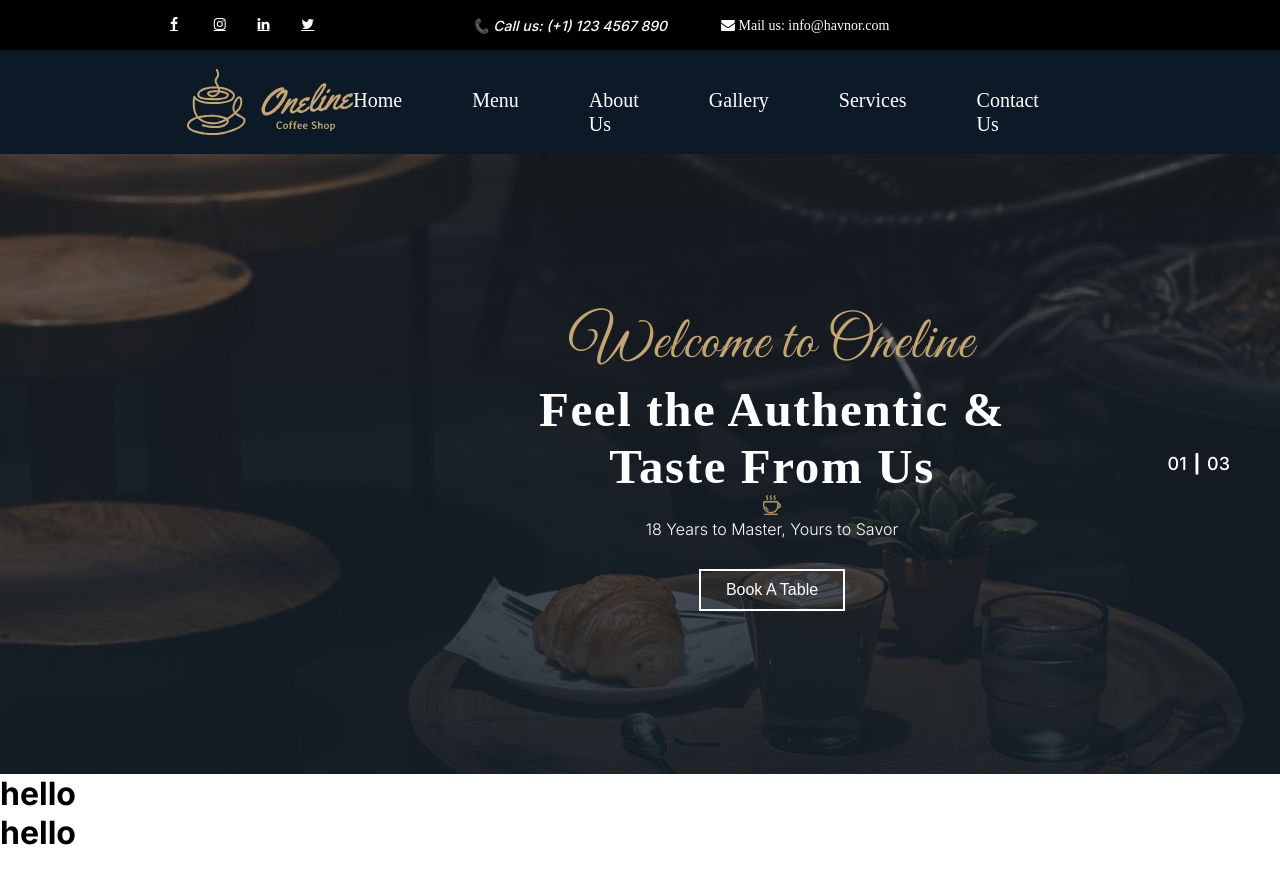
Repository: abhayzulasana/Online-Coffee-Shop
Page: index.html
The author's editor kept a copy of each file at every save. The page is drawn from the files as they stood at one save, then again after a run of saves.
The browser window is 1280 px wide. The pictures show the whole page.

Above is the page before, as saved 2025-05-14 10:44:01.

### index.html
<!DOCTYPE html>
<html lang="en">
<head>
  <meta charset="UTF-8" />
  <meta name="viewport" content="width=device-width, initial-scale=1.0" />
  <title>Oneline Coffee Shop</title>
  <link rel="stylesheet" href="style.css" />
  <link rel="stylesheet" href="https://cdnjs.cloudflare.com/ajax/libs/font-awesome/4.7.0/css/font-awesome.min.css">

  <link rel="preconnect" href="https://fonts.googleapis.com" />
  <link rel="preconnect" href="https://fonts.gstatic.com" crossorigin />
  <link href="https://fonts.googleapis.com/css2?family=Great+Vibes&family=Inter:wght@300;500;700&display=swap" rel="stylesheet">
</head>
<body>
  <header class="top-bar">
    <div class="social-icons">
      <a href="#" class="fa fa-facebook"></a>
      <a href="#" class="fa fa-instagram"></a>
      <a href="#" class="fa fa-linkedin"></a>
      <a href="#" class="fa fa-twitter"></a>

    </div>
    <div class="contact-info">
      <i class="call"> 📞   Call us: (+1) 123 4567 890</i>
      <i class="fa fa-envelope">    Mail us: info@havnor.com</i>

    </div>
  </header>

  <nav class="navbar">
    <div class="logo">
      <img src="img/cafelogo.svg">
      <!-- <span>☕</span>
      <span class="logo-text">Oneline <small>Coffee Shop</small></span> -->
    </div>
    <ul class="nav-links">
      <li>Home</li>
      <li>Menu</li>
      <li>About Us</li>
      <li>Gallery</li>
      <li>Services</li>
      <li>Contact Us</li>
    </ul>
  </nav>

  <section class="hero">
    <div class="hero-content">
  <center>
      <h2>Welcome to Oneline</h2>
      <h1>Feel the Authentic & Taste From Us</h1>
      <img src="img/cafe.svg">

      <!-- <div class="divider">☕</div> -->
      <p>18 Years to Master, Yours to Savor</p>
      <button>Book A Table</button>
    </div>
  </center>
    <div class="scroll-number">
      <span>01</span>
      <span>┃</span>
      <span>03</span>
    </div>
  </section >
    <div class="over-story">
      <section >

      </section>
      <h1>hello</h1>
      <h1>hello</h1>
    </div>
</body>
</html>

### style.css
/* Reset & Base */
* {
    margin: 0;
    padding: 0px;
    box-sizing: border-box;
  }

  body {
    font-family: 'Inter', sans-serif;
    color: white;
    /* margin-left:90px; */
    height: 100vh;
  }
  html {
    scroll-behavior: smooth;
    /*Adds smooth scrolling instead of snapping to element*/
  }

  /* Top Bar */
  .top-bar {
    top: 0px;
    width: 100%;
    height: 50px;
    background-color: #000;
    color: white;
    display: flex;
    justify-content: space-between;
    padding: 10px 30px;
    font-size: 14px;

  }

  .social-icons a {
    margin-top:7px;
    width:40px;
    height: 17px;

    /* margin-right: 10px; */
    color: white;
    /* margin-left: 0px; */
    /* gap: 10px; */
  }
  .fa-facebook{
    margin-left: 140px;
  }
  .contact-info{
      display: flex;
      gap: 40px;
      margin-right: 320px;
      font-family: 'Inter', sans-serif;

      align-items: center;

  }
  .call{
      /* gap: 70px; */
      font-family: 'Inter', sans-serif;

      /* font: normal normal medium 16px/19px Montserrat; */
      width: 209px;
  }
  .fa-envelope{
    width: 209px;
    font-family: 'Inter', sans-serif;

  }

  /* Navbar */
  .navbar {
    top: 47px;
    margin-left: 0px;
    width: 100%;
    height: 104px;
    background-color: #0c1a28;
    display: flex;
    justify-content: space-between;
    text-align: left;
    /* align-items: center; */
    padding: 15px 50px;
  }

  .logo {
    display: flex;
    align-items: center;
    font-size: 70px;
    /* color: #C5A572; */
  }
.logo img{
  margin-left: 137px;
}
  /* .logo span{
    margin-left: 50px;
    color: #C5A572;
  } */
  .logo-text {
    top: 81px;
    width: 92px;
    height: px;
    color: #C5A572;
    font-family: 'Great Vibes', cursive;
    margin-left: 210px;
    font-size: 45px;
  }

  .logo-text small {
    display: block;
    font-size: 12px;
    font-family: 'Inter', sans-serif;
  }

  .nav-links {
    /* margin-left: 57px; */
    margin-right: 290px;
    margin-top: 23px;
    height: 24px;
    list-style: none;
    display: flex;
    gap: 70px;
    /* text-align: left; */
    font: normal normal normal 20px/24px Montserrat;
    color: #FFFFFF;
    opacity: 1;
  }

  .nav-links li {
    cursor: pointer;
  }

  /* Hero Section */
  .hero {
    top: 151px;
    left: 0px;
    width: 100%;
    height: 100px;
    display: flex;
    justify-content: space-between;
    align-items: center;
    height: calc(100vh - 100px);
    padding: 0 50px;
    background: url('img/bgcafe.png');
  background-repeat: no-repeat;
  background-size: cover;
  background-position: center;
  }

  .hero-content {
    top: 398px;
    margin-left: 427px;
    width: 857px;
    height: 317px;
    max-width: 50%;
  }

  .hero-content h2 {
    /* text-align: left; */
    font: normal normal normal 60px/75px Great Vibes;
    letter-spacing: 1.2px;
    color: #C5A572;

  }

  .hero-content h1 {
    font: normal normal normal ;
    font-family:Bellefair;
    font-size: 49px;
    letter-spacing: 1.6px;

    /* margin-bottom: 20px; */
  }

  .divider {
    font-size: 20px;
    color: #d4af37;
    margin-bottom: 10px;
  }

  .hero-content p {
    margin-bottom: 30px;
    font-weight: 300;
  }

  .hero-content button {
    padding: 10px 25px;
    font-size: 16px;
    background-color: transparent;
    border: 2px solid white;
    color: white;
    cursor: pointer;
    transition: 0.3s;
  }

  .hero-content button:hover {
    background-color: white;
    color: #000;
  }

  .scroll-number {
    text-align: center;
    font-size: 18px;
    line-height: 1.8;
  }
/* over story */
.over-story{
  height: 100px;
  color: #000;
}

After the next 5 saves:
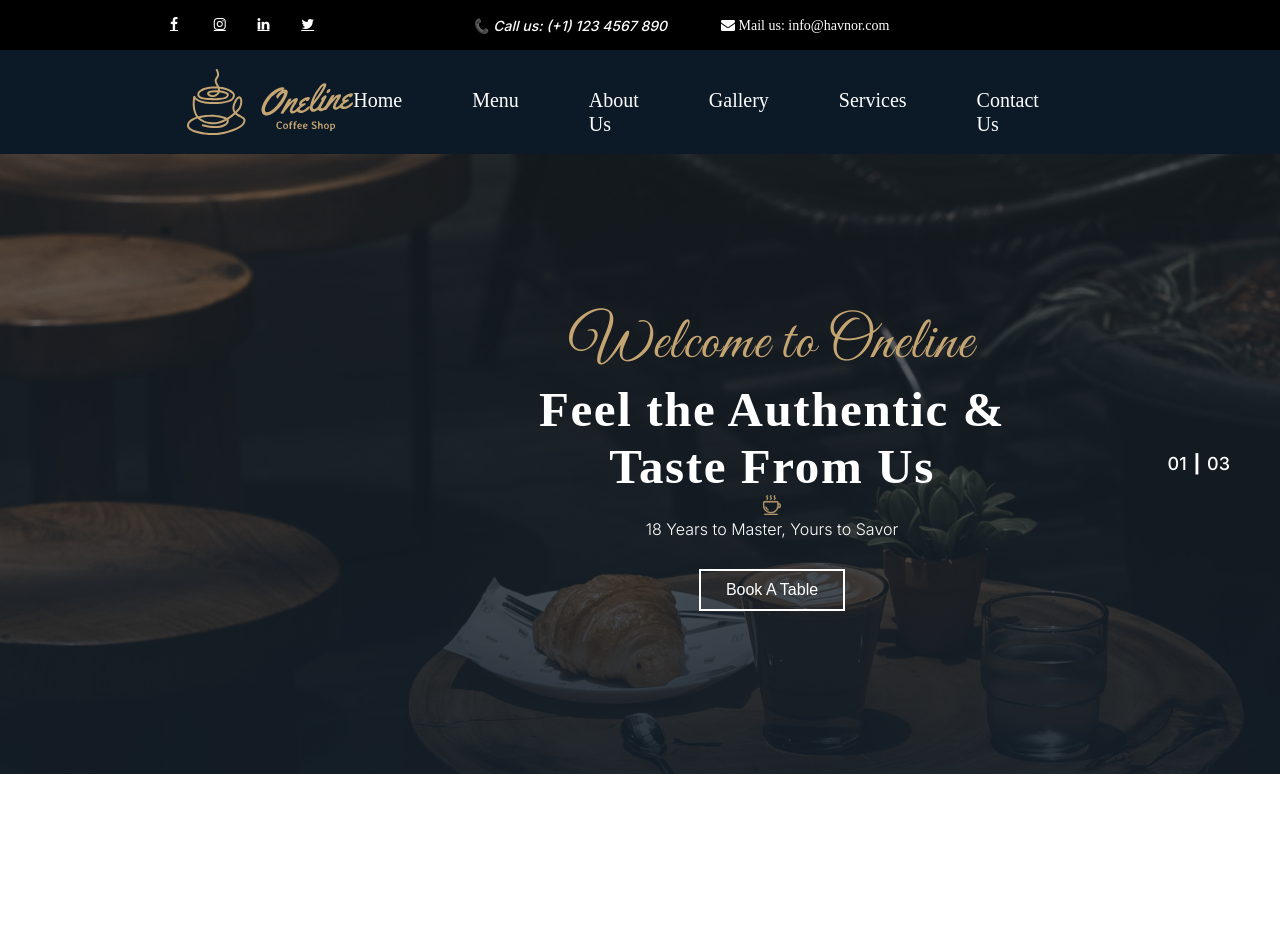
The 5 saves are shown as one change because they came seconds apart.
The last was saved 14 s later.
--- a/index.html
+++ b/index.html
@@ -61,8 +61,7 @@
       <span>03</span>
     </div>
   </section >
-    <div class="over-story">
-      <section >
+      <section class="over-story">
 
       </section>
       <h1>hello</h1>
